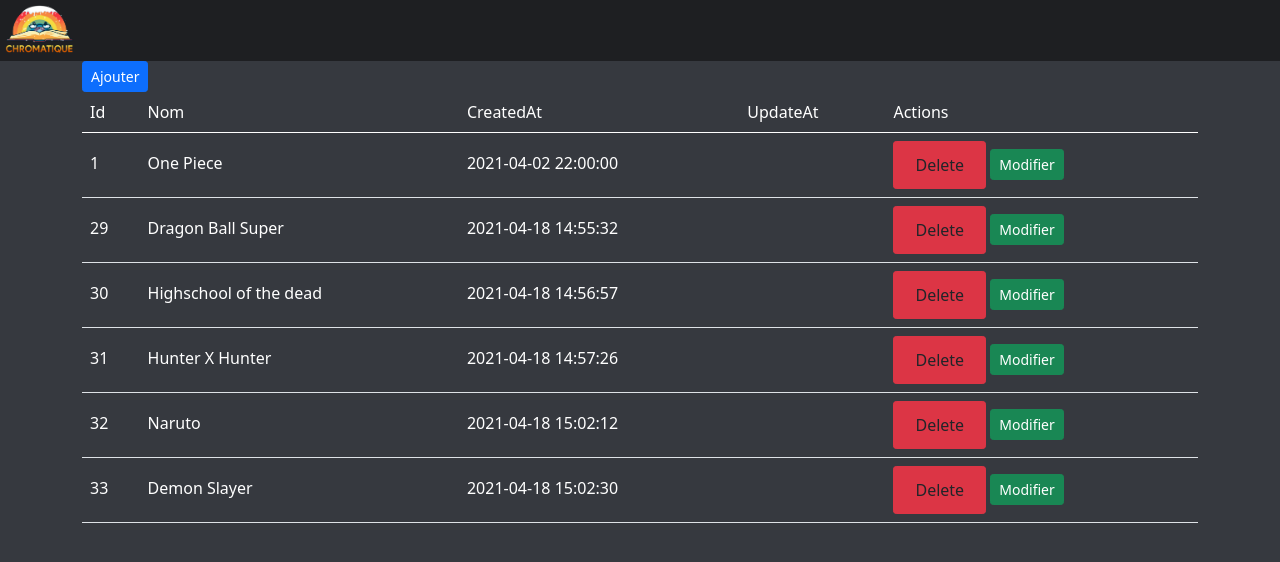
Repository: Codesieg/Chromatique
Page: http://localhost/admin
An editor plug-in stored every save of this project. The page is shown before and after the next save, followed by the edit.
The browser window is 1280 px wide. The pictures show the whole page.
Some icons come from a web library that is not loaded, so they are not drawn. The page is served by the project's Laravel application, run on PHP 8.4 with Laravel 8. The database holds what the project's SQL file puts in it.

Above is the page before, as saved 2021-04-20 15:51:18.

After the next save:
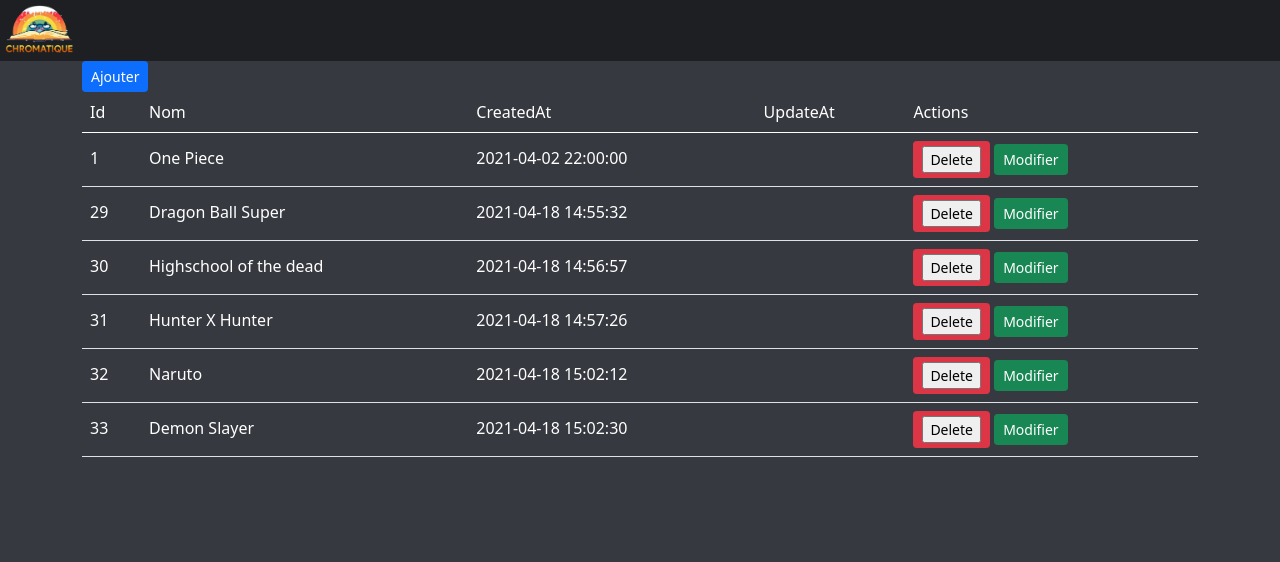
Saved 23 s later.
--- a/chromatique/resources/views/admin/browse.blade.php
+++ b/chromatique/resources/views/admin/browse.blade.php
@@ -27,7 +27,7 @@
                 <td class="text-white">{{$manga->update_at}}</td>
                 <td>
                     <button type="button" class="btn btn-danger btn-sm text-decoration-none text-white"><form action="{{route('admin_delete_manga', ['id' => $manga->id])}}" method="post">
-                        <input class="btn btn-default" type="submit" value="Delete">
+                        <input class="" type="submit" value="Delete">
                         <input type="hidden" name="_method" value="delete" />
                         <input type="hidden" name="_token" value="{{ csrf_token() }}">
                     </form>

After the save that followed:
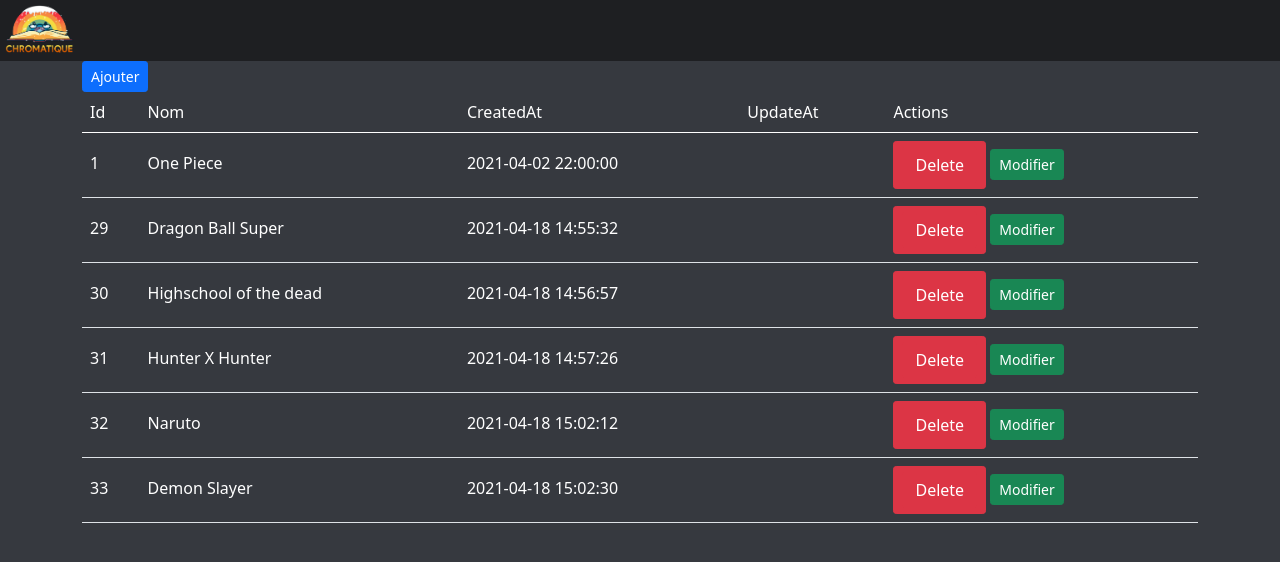
Saved 22 s later.
--- a/chromatique/resources/views/admin/browse.blade.php
+++ b/chromatique/resources/views/admin/browse.blade.php
@@ -27,7 +27,7 @@
                 <td class="text-white">{{$manga->update_at}}</td>
                 <td>
                     <button type="button" class="btn btn-danger btn-sm text-decoration-none text-white"><form action="{{route('admin_delete_manga', ['id' => $manga->id])}}" method="post">
-                        <input class="" type="submit" value="Delete">
+                        <input class="btn btn-danger" type="submit" value="Delete">
                         <input type="hidden" name="_method" value="delete" />
                         <input type="hidden" name="_token" value="{{ csrf_token() }}">
                     </form>
